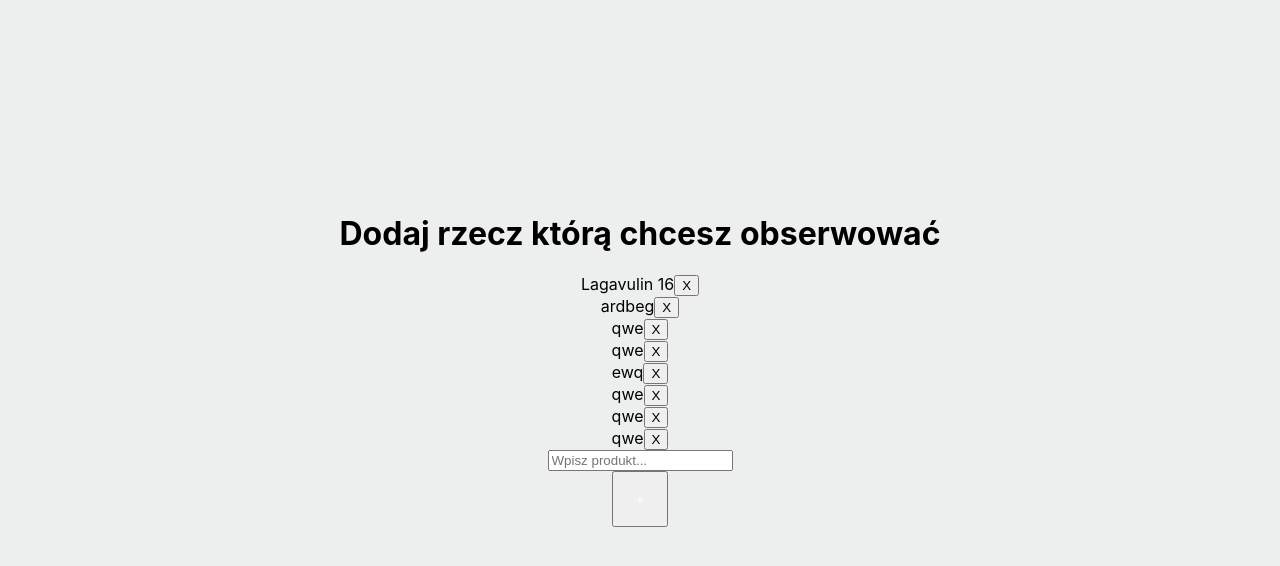
Repository: matedoo/crawler
Page: /MainApp
An editor plug-in stored every save of this project. The page is shown before and after the next save, followed by the edit.
The browser window is 1280 px wide. The pictures show the whole page.
The project was rebuilt for these pictures with package versions that can differ from the ones it lists, and the page was loaded fresh each time. Requests to the local data server were answered from the project's data file. Also part of the build but not shown: src/Components/button.js, src/Components/LoginComponents/LoginApp.js, src/Components/LoginComponents/RegisterApp.js, src/Components/btnContainer.js, src/Components/heading.js, src/Components/LoginComponents/StartApp.js.

Above is the page before, as saved 2020-05-01 18:07:22.

After the next save:
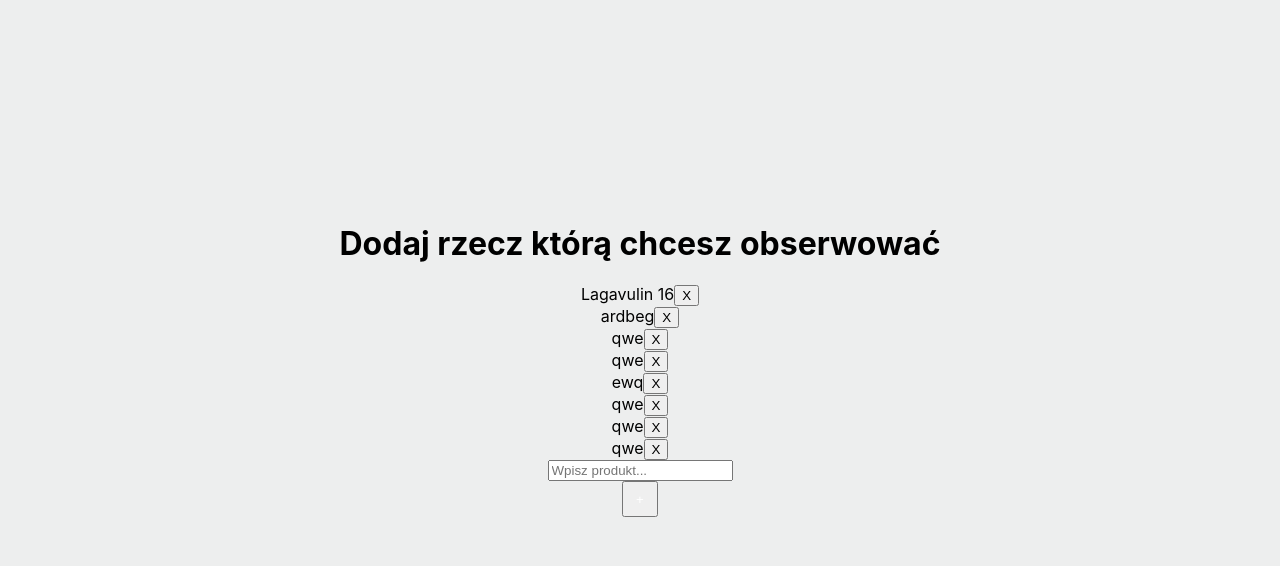
Saved 20 s later.
--- a/src/Components/MainApp/MainApp.js
+++ b/src/Components/MainApp/MainApp.js
@@ -142,8 +142,8 @@ const LoadSpinner = styled.div`
 	animation: ${loadingspin} 1s linear infinite;
 `
 const AddButton = styled.button`
-  width: 56px;
-  height: 56px;
+  width: 36px;
+  height: 36px;
   color: rgba(255,255,255,1);
   &:before{
     content:"+";
